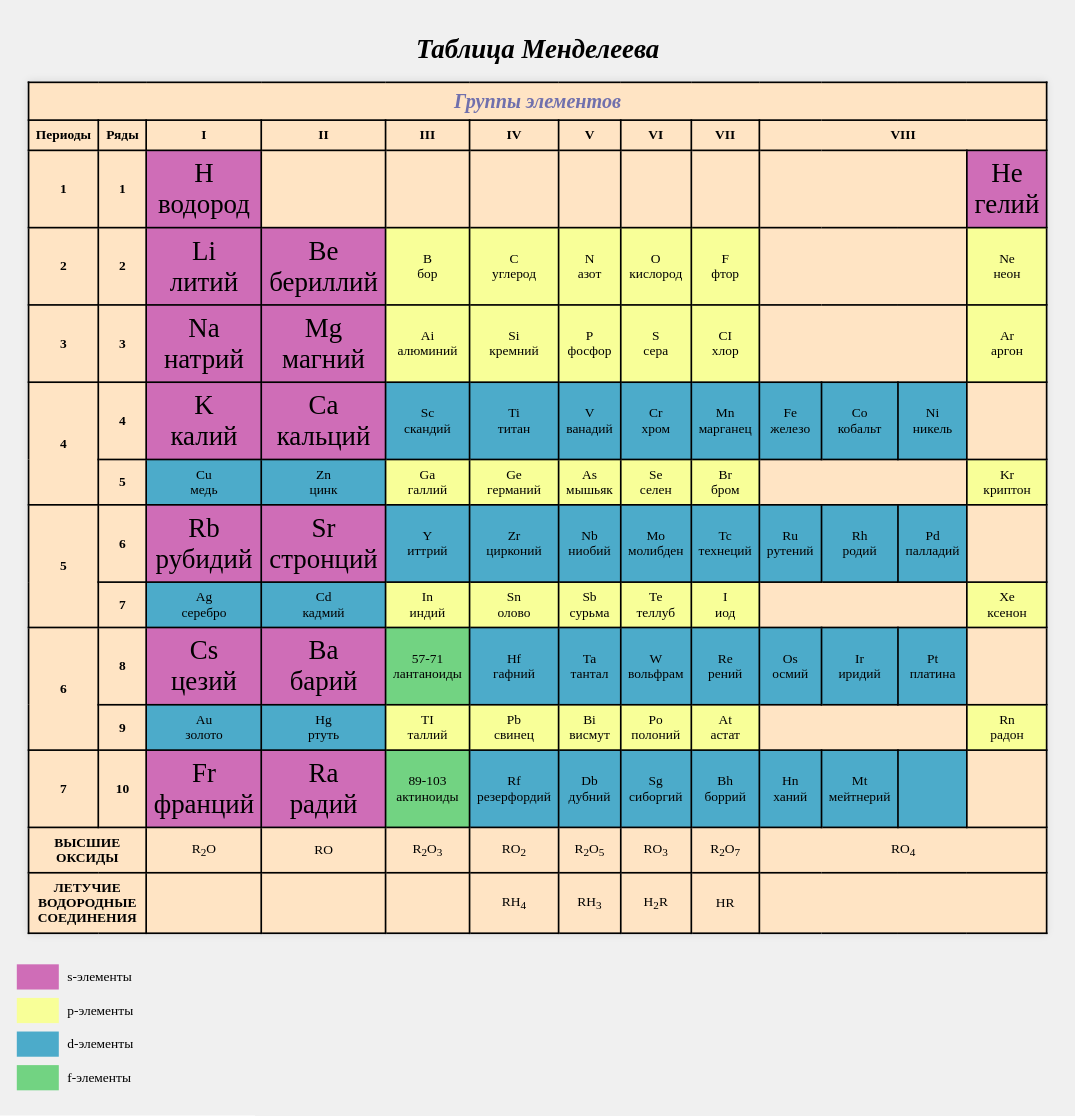
Repository: sannikovcode/exercises-a1
Page: JS/websites/01-periodic table/index.html
An editor plug-in stored every save of this project. The page is shown before and after the next save, followed by the edit.
The browser window is 1280 px wide. The pictures show the whole page, at 84% of full size.

Above is the page before, as saved 2025-10-18 16:37:48.

### JS/websites/01-periodic table/index.html
<!DOCTYPE html>
<html lang="en">

<head>
    <meta charset="UTF-8">
    <meta name="viewport" content="width=device-width, initial-scale=1.0">
    <title>Periodic table</title>
    <link rel="stylesheet" href="styles.css">
</head>

<body>
    <table>
        <caption><i>Таблица Менделеева</i></caption>
        <thead>
            <tr>
                <th colspan="13"><i>Группы элементов</i></th>
            </tr>
        </thead>

        <tbody>
            <tr>
                <th scope="col">Периоды</th>
                <th scope="col">Ряды</th>
                <th scope="col">I</th>
                <th scope="col">II</th>
                <th scope="col">III</th>
                <th scope="col">IV</th>
                <th scope="col">V</th>
                <th scope="col">VI</th>
                <th scope="col">VII</th>
                <th scope="col" colspan="4">VIII</th>
            </tr>
            <tr>
                <th scope="row">1</th>
                <th>1</th>
                <td class="s">H<br>водород</td>
                <td></td>
                <td></td>
                <td></td>
                <td></td>
                <td></td>
                <td></td>
                <td colspan="3"></td>
                <td class="s">He<br>гелий</td>
            </tr>
            <tr>
                <th scope="row">2</th>
                <th>2</th>
                <td class="s">Li<br>литий</td>
                <td class="s">Be<br>бериллий</td>
                <td class="p">B<br>бор</td>
                <td class="p">C<br>углерод</td>
                <td class="p">N<br>азот</td>
                <td class="p">O<br>кислород</td>
                <td class="p">F<br>фтор</td>
                <td colspan="3"></td>
                <td class="p">Ne<br>неон</td>
            </tr>
            <tr>
                <th scope="row">3</th>
                <th>3</th>
                <td class="s">Na<br>натрий</td>
                <td class="s">Mg<br>магний</td>
                <td class="p">Ai<br>алюминий</td>
                <td class="p">Si<br>кремний</td>
                <td class="p">P<br>фосфор</td>
                <td class="p">S<br>сера</td>
                <td class="p">CI<br>хлор</td>
                <td colspan="3"></td>
                <td class="p">Ar<br>аргон</td>
            </tr>
            <tr>
                <th scope="row" rowspan="2">4</th>
                <th>4</th>
                <td class="s">K<br>калий</td>
                <td class="s">Ca<br>кальций</td>
                <td class="d">Sc<br>скандий</td>
                <td class="d">Ti<br>титан</td>
                <td class="d">V<br>ванадий</td>
                <td class="d">Cr<br>хром</td>
                <td class="d">Mn<br>марганец</td>
                <td class="d">Fe<br>железо</td>
                <td class="d">Co<br>кобальт</td>
                <td class="d">Ni<br>никель</td>
                <td></td>
            </tr>
            <tr>
                <th>5</th>
                <td class="d">Cu<br>медь</td>
                <td class="d">Zn<br>цинк</td>
                <td class="p">Ga<br>галлий</td>
                <td class="p">Ge<br>германий</td>
                <td class="p">As<br>мышьяк</td>
                <td class="p">Se<br>селен</td>
                <td class="p">Br<br>бром</td>
                <td colspan="3"></td>
                <td class="p">Kr<br>криптон</td>
            </tr>
            <tr>
                <th scope="row" rowspan="2">5</th>
                <th>6</th>
                <td class="s">Rb<br>рубидий</td>
                <td class="s">Sr<br>стронций</td>
                <td class="d">Y<br>иттрий</td>
                <td class="d">Zr<br>цирконий</td>
                <td class="d">Nb<br>ниобий</td>
                <td class="d">Mo<br>молибден</td>
                <td class="d">Tc<br>технеций</td>
                <td class="d">Ru<br>рутений</td>
                <td class="d">Rh<br>родий</td>
                <td class="d">Pd<br>палладий</td>
                <td></td>
            </tr>
            <tr>
                <th>7</th>
                <td class="d">Ag<br>серебро</td>
                <td class="d">Cd<br>кадмий</td>
                <td class="p">In<br>индий</td>
                <td class="p">Sn<br>олово</td>
                <td class="p">Sb<br>сурьма</td>
                <td class="p">Te<br>теллуб</td>
                <td class="p">I<br>иод</td>
                <td colspan="3"></td>
                <td class="p">Xe<br>ксенон</td>
            </tr>
            <tr>
                <th scope="row" rowspan="2">6</th>
                <th>8</th>
                <td class="s">Cs<br>цезий</td>
                <td class="s">Ba<br>барий</td>
                <td class="f">57-71<br>лантаноиды</td>
                <td class="d">Hf<br>гафний</td>
                <td class="d">Ta<br>тантал</td>
                <td class="d">W<br>вольфрам</td>
                <td class="d">Re<br>рений</td>
                <td class="d">Os<br>осмий</td>
                <td class="d">Ir<br>иридий</td>
                <td class="d">Pt<br>платина</td>
                <td></td>
            </tr>
            <tr>
                <th>9</th>
                <td class="d">Au<br>золото</td>
                <td class="d">Hg<br>ртуть</td>
                <td class="p">TI<br>таллий</td>
                <td class="p">Pb<br>свинец</td>
                <td class="p">Bi<br>висмут</td>
                <td class="p">Po<br>полоний</td>
                <td class="p">At<br>астат</td>
                <td colspan="3"></td>
                <td class="p">Rn<br>радон</td>
            </tr>
            <tr>
                <th scope="row">7</th>
                <th>10<br></th>
                <td class="s">Fr<br>франций</td>
                <td class="s">Ra<br>радий</td>
                <td class="f">89-103<br>актиноиды</td>
                <td class="d">Rf<br>резерфордий</td>
                <td class="d">Db<br>дубний</td>
                <td class="d">Sg<br>сиборгий</td>
                <td class="d">Bh<br>боррий</td>
                <td class="d">Hn<br>ханий</td>
                <td class="d">Mt<br>мейтнерий</td>
                <td class="d"></td>
                <td></td>
            </tr>
            <tr>
                <th colspan="2">ВЫСШИЕ <br>ОКСИДЫ</th>
                <td>R<sub>2</sub>O</td>
                <td>RO</td>
                <td>R<sub>2</sub>O<sub>3</sub></td>
                <td>RO<sub>2</sub></td>
                <td>R<sub>2</sub>O<sub>5</sub></td>
                <td>RO<sub>3</sub></td>
                <td>R<sub>2</sub>O<sub>7</sub></td>
                <td colspan="4">RO<sub>4</sub></td>
            </tr>
            <tr>
                <th colspan="2">ЛЕТУЧИЕ <br>ВОДОРОДНЫЕ <br> СОЕДИНЕНИЯ</th>
                <td></td>
                <td></td>
                <td></td>
                <td>RH<sub>4</sub></td>
                <td>RH<sub>3</sub></td>
                <td>H<sub>2</sub>R</td>
                <td>HR</td>
                <td colspan="4"></td>
            </tr>
        </tbody>
    </table>
    <br>
    <br>
    <tfoot>
        <div class="item">
            <div class="rectangle s"></div>
            <span>s-элементы</span>
        </div>

        <div class="item">
            <div class="rectangle p"></div>
            <span>p-элементы</span>
        </div>

        <div class="item">
            <div class="rectangle d"></div>
            <span>d-элементы</span>
        </div>

        <div class="item">
            <div class="rectangle f"></div>
            <span>f-элементы</span>
        </div>

    </tfoot>

    </table>




</body>

</html>

### JS/websites/01-periodic table/styles.css
body {
  background-color: hsl(0, 0%, 94%); /* фон всей страницы */
  margin: 0;
  padding: 20px;
}
table {
  background-color: #ffffff; /* фон таблицы */
  border-collapse: collapse;
  width: 100%;
  max-width: 900px;
  margin: 0 auto;
  box-shadow: 0 0 10px rgba(0,0,0,0.1);
}

table, th, td {
  border: 2px solid #000000;
}

th, td {
  padding: 8px;
  text-align: center;
  background-color: bisque;
}
caption {
  caption-side: top;
  padding: 20px;
  font-weight: bolder;
  font-size: 2em;
}
thead {
  background-color: #222;   /* тёмный фон для заголовков */
  color: rgb(112, 112, 173);              /* светлый текст */
  font-weight: lighter;
  font-size: 1.5em;
}
tbody tr:hover {
  background-color: #7e3e3e;     /* выделение строки при наведении */
  color: #2a1199;
}



/* элементы */
.s {
  background-color: rgb(207, 109, 183);
  font-size: 2em;

}

.p {
  background-color: rgb(248, 255, 152);
}

.d {
  background-color: rgb(76, 171, 202);
}

.f {
  background-color: rgb(114, 211, 130);
}


.item {
    display: flex;
    align-items: center;
    margin-bottom: 10px;
}
  .rectangle {
    width: 50px;
    height: 30px;
    margin-right: 10px;
}

After the next save:
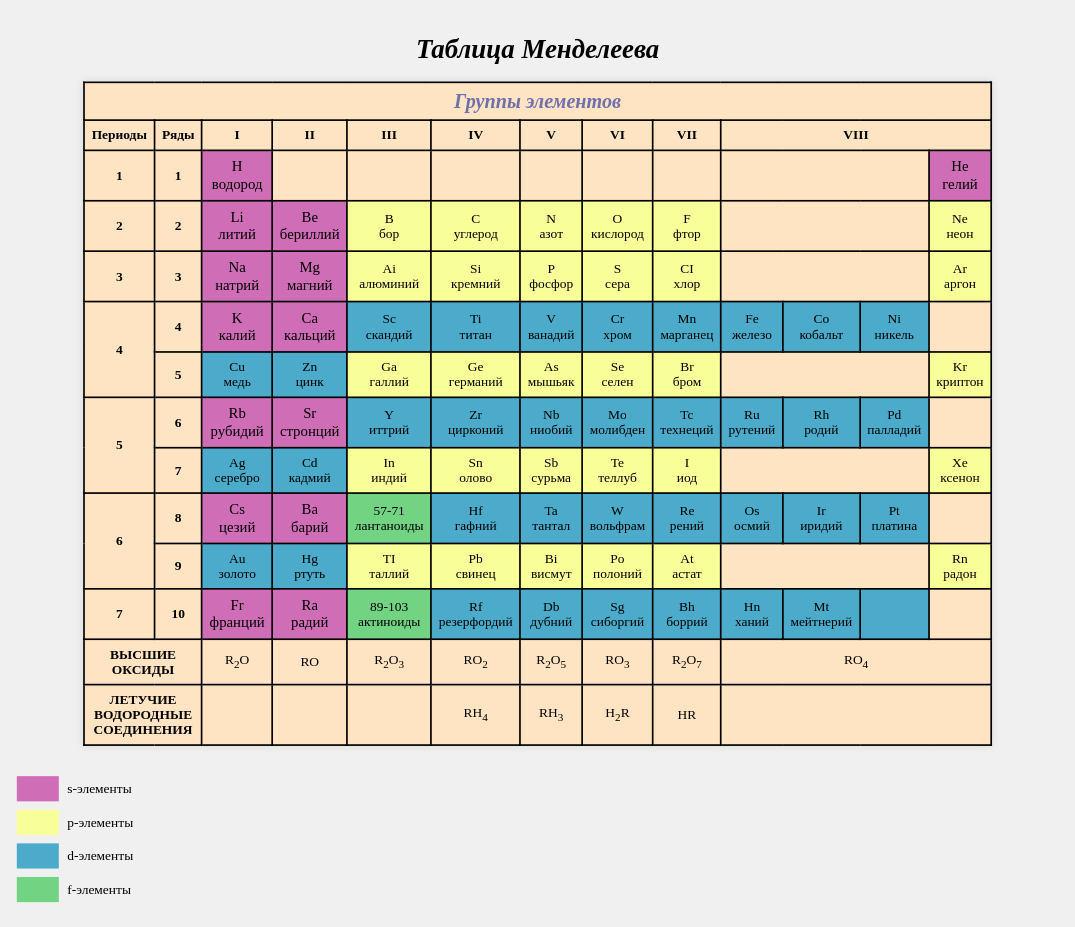
Saved 15 s later.
--- a/JS/websites/01-periodic table/styles.css
+++ b/JS/websites/01-periodic table/styles.css
@@ -43,7 +43,7 @@ tbody tr:hover {
 /* элементы */
 .s {
   background-color: rgb(207, 109, 183);
-  font-size: 2em;
+  font-size: 1.1em;
 
 }
 
